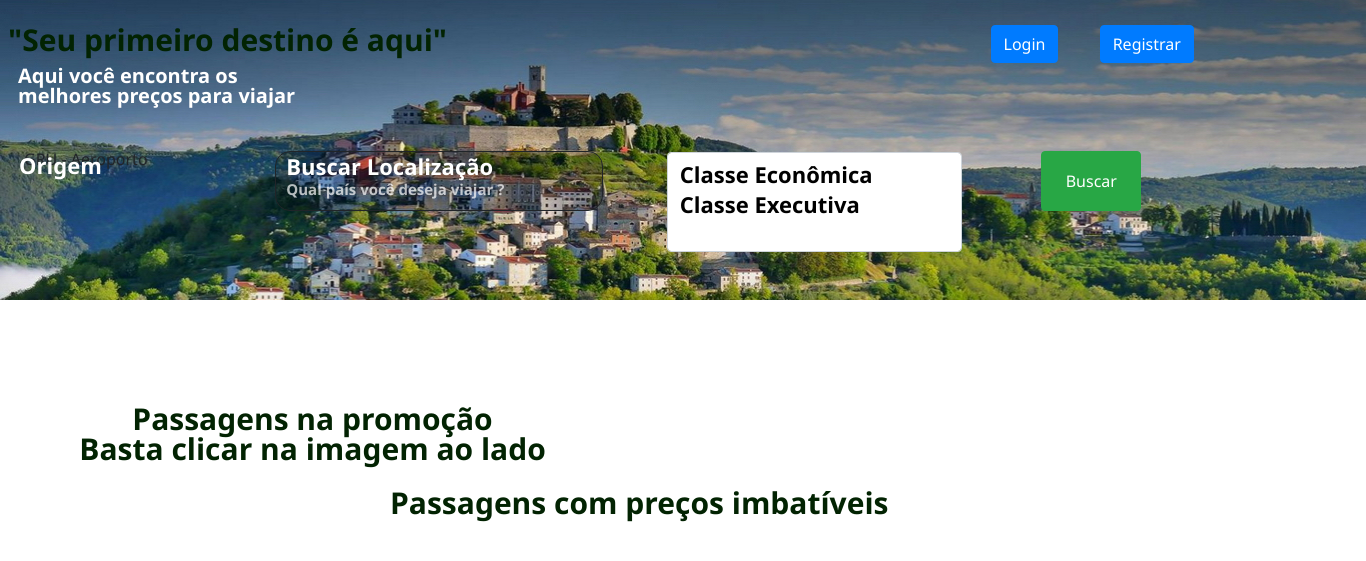
Repository: VictorFlay/Aplicacao-WEB
Page: http://localhost/ProjetoWeb/
The author's editor kept a copy of each file at every save. The page is drawn from the files as they stood at one save, then again after the next save.
The browser window is 1280 px wide. The page is 1366 px wide, so the pictures cover 1366 px, including what lies to the right of the window. The pictures show the whole page.
After loading, the first visible `div.classe` was clicked once.
Some web libraries are served in a nearby version. The page is served by Tomcat 9. Other server files are loaded and not shown. Queries for data that is not in the repository find no rows.

Above is the page before, as saved 2021-07-17 16:04:03.

### ProjetoWeb/WebContent/index.jsp
<%@page import="model.Usuario"%>
<%@page import="model.Localizacao"%>
<%@page import="model.Passagem"%>
<%@page import="model.LinhaAerea"%>
<%@page import="model.LinhaAerea"%>

<html lang="pt">
<head>

<!-- CSS -->
<link rel="stylesheet" type="text/css" href="css/design.css">

<!-- JQUEY e AJAX -->
<script src="https://cdnjs.cloudflare.com/ajax/libs/popper.js/1.12.9/umd/popper.min.js"></script>
<script src="https://code.jquery.com/jquery-3.2.1.slim.min.js"></script>
<script src="https://code.jquery.com/jquery-3.3.1.min.js"></script>

<!-- Bootstrap CSS -->
<script src="https://maxcdn.bootstrapcdn.com/bootstrap/4.0.0/js/bootstrap.min.js"></script>
<meta name="viewport" content="width=device-width, initial-scale=1, shrink-to-fit=no">
<link rel="stylesheet" href="https://maxcdn.bootstrapcdn.com/bootstrap/4.0.0/css/bootstrap.min.css">

<title>Agência</title>
<%
	String carousel = new Passagem().CarouselPromocao();
	String carouselcards = new Passagem().CarouselCards();
	String nome = (String) session.getAttribute("nome");
	String localizacao = new Localizacao().localizacoes();
	String nivelusuario = (String) session.getAttribute("nivelusuario");
	int converte = new Usuario().convert(nivelusuario);
%>
</head>
<body>

	<div class="container-fluid px-0">

		<!-- Imagem de fundo -->
		<div class="row">
			<div class="col-12 col-lg-12 center">
				<img src="img/menu.jpg" class="img-responsive"
					alt="Responsive image" id="imagem">
			</div>
		</div>

		<div class="row">
			<div class="col-8 col-lg-9 justify-content-between mt-4 ml-2"
				id="mensagem">"Seu primeiro destino é aqui"</div>

			<!-- Apenas o contéudo que o vistante tem acesso -->
			<%
				if (converte == 0) {
			%>
			<div class="col-1 col-lg-1 mt-4">
				<button type="button" class="btn btn-primary" data-toggle="modal"
					data-target="#login" data-whatever="@mdo">Login</button>
				<div class="modal fade" id="login" tabindex="-1" role="dialog"
					aria-labelledby="exampleModalLabel" aria-hidden="true">
					<div class="modal-dialog" role="document">
						<div class="modal-content">
							<div class="modal-header">
								<h5 class="modal-title" id="exampleModalLabel">Login</h5>
								<button type="button" class="close" data-dismiss="modal"
									aria-label="Close">
									<span aria-hidden="true">&times;</span>
								</button>
							</div>
							<div class="modal-body">
								<form method="POST" id="login-form">
									<div class="form-group">

										<!-- Exibe uma mensagem de erro na hora de logar  -->
										<div class="alert alert-danger center" role="alert"
											id="errologin"></div>
										<label for="login" class="col-form-label">Login:</label> <input
											type="text" class="form-control" id="username"
											name="username">
									</div>

									<div class="form-group">
										<label for="senha" class="col-form-label">Senha:</label> <input
											type="password" class="form-control" id="senha" name="senha">
									</div>

									<div class="modal-footer">
										<button type="button" class="btn btn-secondary"
											data-dismiss="modal">Fechar</button>
										<button type="submit" class="btn btn-primary">Entrar</button>
									</div>
								</form>
							</div>
						</div>
					</div>
				</div>
			</div>

			<!-- Registrar no sistema -->
			<div class="col-1 col-lg-1 mt-4">
				<button type="button" class="btn btn-primary" data-toggle="modal"
					data-target="#registrar" data-whatever="@mdo">Registrar</button>

				<div class="modal fade" id="registrar" tabindex="-1" role="dialog"
					aria-labelledby="exampleModalLabel" aria-hidden="true">
					<div class="modal-dialog" role="document">
						<div class="modal-content">
							<div class="modal-header">
								<h5 class="modal-title" id="exampleModalLabel">Registrar</h5>
								<button type="button" class="close" data-dismiss="modal"
									aria-label="Close">
									<span aria-hidden="true">&times;</span>
								</button>
							</div>
							<div class="modal-body">
								<form method="POST" id="register-form">
									<div class="alert alert-danger center" role="alert" id="erro">
										Nome ou Login já cadastrado!</div>
									<div class="form-group">
										<label for="nome" class="col-form-label">Nome
											Completo:</label> <input type="text" class="form-control" id="nome" name="nome" placeholder="Nome completo">
									</div>

									<div class="form-group">
										<label for="login" class="col-form-label">Login:</label>
										<input type="text" class="form-control" id="cxlogin" name="cxlogin" placeholder="Login">
									</div>

									<div class="form-group">
										<label for="senha" class="col-form-label">Senha:</label> <input
											type="password" class="form-control" id="cxsenha" name="cxsenha" placeholder="Senha">
									</div>

									<div class="form-row">
										<div class="form-group col-md-6">
											<label for="telefone" class="col-form-label">Telefone:</label>
											<input type="text" class="form-control" id="telefone" placeholder="Digite seu telefone..." name="telefone">
										</div>

										<div class="form-group col-md-3 ml-4">
											<label for="estado" class="col-form-label">Estado</label> <select
												id="estado" class="form-control">
												<option value="AC" selected>AC</option>
												<option value="AL">AL</option>
												<option value="AP">AP</option>
												<option value="AM">AM</option>
												<option value="BA">BA</option>
												<option value="CE">CE</option>
												<option value="ES">ES</option>
												<option value="GO">GO</option>
												<option value="MA">MA</option>
												<option value="MT">MT</option>
												<option value="MS">MS</option>
												<option value="MG">MG</option>
												<option value="PA">PA</option>
												<option value="PB">PB</option>
												<option value="PR">PR</option>
												<option value="PE">PE</option>
												<option value="PI">PI</option>
												<option value="RJ">RJ</option>
												<option value="RN">RN</option>
												<option value="RS">RS</option>
												<option value="RO">RO</option>
												<option value="RR">RR</option>
												<option value="SC">SC</option>
												<option value="SP">SP</option>
												<option value="SE">SE</option>
												<option value="TO">TO</option>
												<option value="DF">DF</option>
											</select>
										</div>
									</div>

									<div class="modal-footer">
										<button type="button" class="btn btn-secondary"
											data-dismiss="modal">Fechar</button>
										<button type="submit" class="btn btn-primary">Entrar</button>
									</div>
								</form>
							</div>
						</div>
					</div>
				</div>
			</div>

			<!-- Nível Usuário -->
			<% }else if (converte == 1) { %>

			<!-- Menu do usuário -->
			<div class="col-1 col-lg-1 mt-4 ml-4">
				<div class="dropdown">
					<a class="btn btn-secondary dropdown-toggle" href="#" role="button"
						id="dropdownMenuLink" data-toggle="dropdown" aria-haspopup="true"
						aria-expanded="false"> Perfil </a>
					<div class="dropdown-menu" aria-labelledby="dropdownMenuLink">
						<a class="dropdown-item" href="historico.jsp">Histórico</a>
					</div>

				</div>
			</div>

			<!-- Deslogar -->
			<div class="col-1 col-lg-1 mt-4 ml-4">
				<a href="deslogar.jsp?pag=1">
					<button type="button" class="btn btn-primary">Deslogar</button>
				</a>
			</div>
		</div>

		<!-- Nível ADM -->
		<% } else { %>

		<!-- Menu do administrador -->
		<div class="col-1 col-lg-1 mt-4 ml-2">
			<div class="dropdown">
				<a class="btn btn-secondary dropdown-toggle" href="#" role="button"
					id="dropdownMenuLink" data-toggle="dropdown" aria-haspopup="true"
					aria-expanded="false"> ADM </a>

				<div class="dropdown-menu" aria-labelledby="dropdownMenuLink">
					<a class="dropdown-item" href="adicionarlocalizacao.jsp">Localização</a>
					<a class="dropdown-item" href="adicionarpassagem.jsp">Passagem</a>
					<a class="dropdown-item" href="adicionarlinha.jsp">Companhia Aérea</a>
					<a class="dropdown-item" href="usuariomenu.jsp">Usuário</a>
				</div>
			</div>
		</div>

		<!-- Deslogar do sistema -->
		<div class="col-1 col-lg-1 mt-4 ml-4">
			<a href="deslogar.jsp?pag=1">
				<button type="button" class="btn btn-primary">Deslogar</button>
			</a>
		</div>

	<%}%>

	</div>

	<div class="row">
		<div class="col-12 col-lg-3 ml-2" id="mensagem2">
			Aqui você encontra os melhores preços para viajar
		</div>
	</div>

	<form method="POST" id="buscar-form">
		<div class="row mt-4">
			<div class="col-2 col-lg-2 aeroporto mt-4 ml-4">
				<div class="jss30">
					<p>Origem</p>
				</div>
				<div class="jss35">GRU - Aeroporto</div>
			</div>

			<div class="col-3 col-lg-3 buscarlocalizacao mt-4 ml-5">
				<%
					out.print(localizacao);
				%>
				<div class="jss30">
					<p>Buscar Localização</p>
				</div>
				<div class="jss31">Qual país você deseja viajar ?</div>
			</div>

			<div class="col-3 col-lg-3 classe mt-4 ml-5">
				<select multiple class="form-control buscarclasse">
					<option value="1" class="jss32">Classe Econômica</option>
					<option value="2" class="jss32">Classe Executiva</option>
				</select>

				<div class="jss30">
					<p>Seleciona a classe</p>
				</div>
				<div class="jss33">
					Qual classe você deseja viajar ?
				</div>

			</div>

			<div class="col-1 col-lg-1 mt-4 ml-5">
				<button type="submit" class="btn btn-success buscarlinha">Buscar</button>
			</div>

		</div>
	</form>

	<!-- Mensagem de erro na tela na hora de efetuar uma busca -->
	<div class="row justify-content-center mt-5" id="errobuscalinha">
		<div class="col-3 text-center" id="errobusca"></div>
	</div>


	<div class="row mt-5">
		<div class="col-6 col-lg-6 jss37 mt-5" id="titulo">
			<div class="row justify-content-center mt-5" id="mensagem">
				Passagens na promoção
			</div>

			<div class="row justify-content-center" id="mensagem">Basta
				clicar na imagem ao lado
			</div>
		</div>

		<div class="col-6 col-lg-5 mt-5">
			<%
				out.print(carousel);
			%>
		</div>

	</div>

	<div class="row">
		<div class="col-12 col-lg-12 ">
			<div class="mx-auto msg mt-4" style="width: 500px;">Passagens
				com preços imbatíveis</div>
		</div>
	</div>


	<div class="row mt-4">
		<div class="col-sm-12">
			<% out.print(carouselcards); %>
		</div>
	</div>

	<script type="text/javascript" src="js/script.js"></script>

</body>
</html>

### ProjetoWeb/src/database/DBConnection.java
package database;


import java.lang.reflect.InvocationTargetException;
import java.sql.Connection;
import java.sql.DriverManager;
import java.sql.SQLException;

public class DBConnection {

	private String host;
	private String port;
	private String schema;
	private String user;
	private String password;

	private Connection connection = null;

	public DBConnection(String host, String port, String schema, String user, String password) {
		this.setHost(host);
		this.setPort(port);
		this.setSchema(schema);
		this.setUser(user);
		this.setPassword(password);
		this.doConnection();
	}

	public DBConnection() {
		this.setHost	("localhost");
		this.setPort	("3306");
		this.setSchema	("agencia");
		this.setUser	("root");
		this.setPassword("");
		this.doConnection();
	}

	private void doConnection() {
		String timezone = "&useTimezone=true&serverTimezone=UTC";// use o &useTimezone=true&serverTimezone=UTC para não ter problemas de data;
		String url = "jdbc:mysql://"+this.host+":"+port+"/"+this.schema+"?user="+this.user+"&password="+this.password+timezone;
		try {
			// Class.forName("com.mysql.jdbc.Driver").newInstance();
			// A linha acima foi depreciada após o mysql 8.0
			// A partir do mysql-connector-java-8.0.17.jar utilize as duas linhas abaixo
			Class.forName("com.mysql.cj.jdbc.Driver").getConstructor().newInstance();
			DriverManager.registerDriver(new com.mysql.cj.jdbc.Driver());
			this.connection = DriverManager.getConnection(url);
		} catch (InstantiationException e){
			e.printStackTrace();
		} catch (IllegalAccessException e){
			e.printStackTrace();
		} catch (ClassNotFoundException e) {
			e.printStackTrace();
		} catch (SQLException e) {
			e.printStackTrace();
		}catch (IllegalArgumentException e) {
			e.printStackTrace();
		} catch (InvocationTargetException e) {
			e.printStackTrace();
		} catch (NoSuchMethodException e) {
			e.printStackTrace();
		} catch (SecurityException e) {
			e.printStackTrace();
		}
	}

	public String getHost() {
		return host;
	}

	public void setHost(String host) {
		this.host = ( host.isEmpty() ? "localhost" : host ) ;
	}

	public String getPort() {
		return port;
	}

	public void setPort(String port) {
		this.port = ( port.isEmpty() ? "3306" : port ) ;
	}

	public String getSchema() {
		return schema;
	}

	public void setSchema(String schema) {
		this.schema = schema;
	}

	public String getUser() {
		return user;
	}

	public void setUser(String user) {
		this.user = user;
	}

	public String getPassword() {
		return password;
	}

	public void setPassword(String password) {
		this.password = password;
	}

	public Connection getConnection() {
		return (this.connection);
	}

}

### ProjetoWeb/WebContent/css/design.css
.form-group {
    margin-right: -10px;
}

#barra{
    width: 200px;
    height: 50px;
    border: 1px solid;
    border-radius: 15px;
    position: absolute;
    z-index: 0;
    background-color: white;
    opacity: 0.19;
    font-weight: bold;
    top: 0px;
}

#errologin{
	display:none;
}

.buscarloca{
	position: relative;
	widht: 100%;
	align-items: stretch;
    height: 200px;
    border: 1px solid;
    border-radius: 15px;
    z-index: 1;
    background-color: white;
    font-weight: bold;
    top: 0px;
   	visibility: hidden;
}

.buscarclasse{
	position: relative;
	widht: 100%;
	align-items: stretch;
    height: 100px;
    border: 1px solid;
    border-radius: 15px;
    z-index: 1;
    background-color: white;
    font-weight: bold;
    top: 0px;
   	visibility: hidden;
}

.classe{
    width: 300px;
    height: 60px;
    border: 1px solid;
    border-radius: 15px;
    z-index: 0;
    background-color: white;
    background: rgba(0, 0, 0, 0.19);
    font-weight: bold;
    top: 0px;
}

#erro{
	display:none;
	}


#origem{
    width: 200px;
    height: 50px;
    border: 1px solid;
    border-radius: 15px;
    z-index: 0;
    background-color: white;
    background: rgba(0, 0, 0, 0.19);
    font-weight: bold;
    top: 0px;

}

.buscarlocalizacao{

	display: flex;
    width: 300px;
    height: 60px;
    border: 1px solid;
    border-radius: 15px;
    z-index: 0;
    background-color: white;
    background: rgba(0, 0, 0, 0.19);
    font-weight: bold;
    top: 0px;


}


.buscarlinha{
	width: 100px;
    height: 60px;
    border: 1px solid;
    border-radius: 15px;
    z-index: 0;
    background-color: white;
    background: rgba(0, 0, 0, 0.19);
    font-weight: bold;
    top: 0px;
}


#destino{
    width: 200px;
    height: 50px;
    border: 1px solid;
    border-radius: 15px;
    z-index: 0;
    background-color: white;
    background: rgba(0, 0, 0, 0.19);
    font-weight: bold;
    top: 0px;

}

#calendario{
    width: 200px;
    height: 50px;
    border: 1px solid;
    border-radius: 15px;
    z-index: 0;
    background-color: white;
    background: rgba(0, 0, 0, 0.19);
    font-weight: bold;
    top: 0px;

}

#iconecalendario{
    top: 12px;
    position: absolute;
}

#passageiro{
    width: 250px;
    height: 50px;
    border: 1px solid;
    border-radius: 15px;
    z-index: 0;
    background-color: white;
    background: rgba(0, 0, 0, 0.19);
    font-weight: bold;
    top: 0px;
}

#mensagem{
    color: rgb(2, 35, 2);
    z-index: 3;
    font-weight: bold;
    font-size: 30px;
    white-space: nowrap;
}

#mensagem2{
    color: white;

    z-index: 3;
    font-weight: bold;
    font-size: 20px;
    left: 10px;
    top: 3px;
    display: block;
    opacity: 1;
}

#radios{
    color: white;
    font-size: 17px;
    font-weight: bold;
    white-space: nowrap;
}

#radio1{
    width: 20px;
    height: 20px;
    color: green;
}


#corpo{
    position: absolute;
    top: 325px;
}

#corpo2{
	position: relative;
	top: 580px;

}


#barrapassageiro2{
    width: 300px;
    height: 350px;
    left: 695px;
    border: 1px solid;
    border-radius: 15px;
    position: absolute;
    z-index: 0;
    background-color: white;
    top: 0px;
    font-weight: bold;
}

.quartabarra{
    cursor: pointer;
}



.barrapassageiroescondido{
    z-index: 3;
    user-select:none;
    top: 0px;
}

#perfil{

    top: 3px;
    position: absolute;
}

#txt{
    position: absolute;
    z-index: 1;
}


#aviao{
    left: 190px;
    top:5px;
    position: absolute;
    z-index: 1;
}



.origem{
    width: 500px;
    height: 50px;
    border: 1px solid;
    border-radius: 10px;
    position: absolute;
    z-index: 3;
    background-color: white;
    visibility: hidden;
    top: 0px;
}

.buscar{
    width: 120px;
    height: 50px;
    left: 975px;

    border-color: grey;
    border-radius: 10px;
    position: absolute;
    z-index: 3;
    background-color: #30503A;
    top: 0px;
}

.buscarvoo{
    color: white;
    position: absolute;

    z-index: 1;
    font-weight: bold;
    font-size: 15px;
    left: 20px;
    top: 16px;
}

* {
    margin: 0;
    padding: 0;
    border: 0;
    outline: none;
    list-style: none;
    text-decoration: none;
    font-family: segoe ui, helvetica neue, helvetica, arial, sans-serif;
    line-height: 1;
  }

  body {
    font-size: 16px;
  }




.jss1{
    color: white;
    position: absolute;
    z-index: 3;
    font-weight: bold;
    font-size: 20px;
    left: 10px;
    top: 3px;
    display: block;
    opacity: 1;
}

.jss2{
    color: white;
    position: absolute;
    z-index: 1000;
    font-size: 13px;
    left: 10px;
    top: 30px;
    opacity: 0.70;
    white-space: nowrap;
}

.jss3{
    color: white;
    position: absolute;
    z-index: 1;
    font-weight: bold;
    font-size: 20px;
    top: 3px;
}

.jss4{
    color: white;
    position: absolute;
    z-index: 1;
    font-size: 13px;
    top: 30px;
    opacity: 0.70;
}

.jss5{
    color: white;
    position: absolute;
    z-index: 1;
    font-size: 13px;
    left: 60px;
    top: 18px;
    opacity: 0.70;
}

.jss6{
    color: white;
    position: absolute;
    z-index: 1;
    font-size: 13px;
    left: 60px;
    top: 18px;
    opacity: 0.70;
}

.jss7{
    color: black;
    position: absolute;
    z-index: 1;
    font-size: 13px;
    left: 740px;
    top: 18px;

}

hr.jss8{
    border-top: 1px solid grey;
    position: absolute;
    z-index: 1;
    width: 240px;
    top: 31px;
    left: 725px;
}

hr.jss14{
    border-top: 1px solid grey;
    position: absolute;
    z-index: 1;
    width: 240px;
    top: 180px;
    left: 725px;
}

.jss9{
    color: black;
    position: absolute;
    z-index: 1;
    font-size: 11px;
    left: 710px;
    top: 60px;
    font-weight: bold;
}

.jss10{
    color: black;
    position: absolute;
    z-index: 1;
    font-size: 20px;
    left: 710px;
    top: 80px;
    font-weight: bold;
}

.jss11{
    color: black;
    position: absolute;
    z-index: 1;
    font-size: 15px;
    left: 710px;
    top: 105px;

}

.jss12{
    color: black;
    position: absolute;
    z-index: 1;
    font-size: 20px;
    left: 710px;
    top: 140px;
    font-weight: bold;
}

.jss13{
    color: black;
    position: absolute;
    z-index: 1;
    font-size: 15px;
    left: 710px;
    top: 165px;
}

.jss15{
    color: black;
    position: absolute;
    z-index: 1;
    font-size: 11px;
    left: 710px;
    top: 210px;
    font-weight: bold;
}

.jss16{
    width: 125px;
    height: 50px;
    background-color: cornflowerblue;
    position: absolute;
    left: 710px;
    top: 235px;
    border-radius: 10px;
    color: black;
    border: 1px solid;
    border-color: grey;
    -webkit-box-sizing: border-box;
    -moz-box-sizing: border-box;
    box-sizing: border-box;
    -webkit-appearance: none;
    -moz-appearance: none;
    appearance: none;
    cursor: pointer;
}



.jss17{
    width: 125px;
    height: 50px;
    position: absolute;
    left: 855px;
    top: 235px;
    border-radius: 10px;
    color: black;
    border: 1px solid;
    border-color: grey;
    -webkit-box-sizing: border-box;
    -moz-box-sizing: border-box;
    box-sizing: border-box;
    -webkit-appearance: none;
    -moz-appearance: none;
    appearance: none;
    cursor: pointer;

}

.jss18{
    color: black;
    position: absolute;
    z-index: 2;
    font-size: 12px;
    left: 722px;
    top: 253px;
    font-weight: bold;
    cursor: pointer;
    user-select:none;
}

.jss19{
    color: black;
    position: absolute;
    z-index: 2;
    font-size: 12px;
    left: 872px;
    top: 253px;
    font-weight: bold;
    cursor: pointer;
    user-select:none;
}

.jss20{
    color: grey;
    position: absolute;
    z-index: 2;
    font-size: 15px;
    left: 810px;
    top: 300px;
    font-weight: bold;

}

.jss21{
    left: 880px;
    top: 85px;
    font-weight: bold;
    position: absolute;

}

.jss22{
    left: 941px;
    top: 85px;
    font-weight: bold;
    position: absolute;
    cursor: pointer;
}

.jss23{
    left: 919px;
    top: 86px;
    position: absolute;
    font-size: 25px;
    font-weight: bold;
    font-family: arial;
    color:black;
    width: 15px;
    user-select:none;
}

.jss25{
    left: 880px;
    top: 145px;
    font-weight: bold;
    position: absolute;
}

.jss26{
    left: 941px;
    top: 145px;
    font-weight: bold;
    position: absolute;
}



.jss28{
    left: 919px;
    top: 146px;
    position: absolute;
    font-size: 25px;
    font-weight: bold;
    font-family: arial;
    color:black;
    width: 15px;
    user-select:none;
}

.jss29{
    color: white;
    font-size: 17px;
    font-weight: bold;
    white-space: nowrap;
}


.jss30{
    color: white;
    position: absolute;
    z-index: 3;
    font-weight: bold;
    font-size: 22px;
    left: 10px;
    top: 3px;
    display: block;
    opacity: 1;
    white-space: nowrap;
}

.jss31{
    color: white;
    position: absolute;
    z-index: 1000;
    font-size: 15px;
    left: 10px;
    top: 30px;
    opacity: 0.70;
    white-space: nowrap;
}

.jss32{
	color: black;
    z-index: 0;
    font-weight: bold;
    font-size: 22px;
    opacity: 1;
    white-space: nowrap;
}

.jss33{
    color: white;
    position: absolute;
    z-index: 1000;
    font-size: 15px;
    left: 10px;
    top: 30px;
    opacity: 0.70;
    white-space: nowrap;
}

#aumentardiminuir{
    top: 600px;

    width: 10px;
    height: 10px;
    position: absolute;
    left: 100px;
}

#testar{
	position: absolute;
}

.corpo{
	width: 1366px;
	height: 900px;
	border: 1px solid;
	position: relative;
	top: 300px;
}


.container{
    margin: 0 auto;
}

#logo{
    width: 100%;
}






.msg{
    color: rgb(2, 35, 2);
    z-index: 3;
    font-weight: bold;
    font-size: 30px;
}


#imagem{
    position: absolute;
    width: 1366px;
}

#aviaofundo{
	position: absolute;
	height: 350px;
	widht: 100%;
}

#aviaopequeno{
	width: 50px;
	height: 50px;
}

.card-img-top {
    width: 100%;
    height: 15vw;
    object-fit: cover;
}

@media only screen and (max-width: 1366px) and (min-width: 769px){
	.dr{
	left: 140px;
	}
}

@media only screen and (max-width: 991px) and (min-width: 540px){
	.dr{
	left: 90px;
	}

	#aviaofundo{
		position: absolute;
		height: 350px;
		width: 100%;
	}
}

#card{
	border-radius: 13px;
	border-color: grey;
	widht: 18rem;
}

Loaded but not shown: ProjetoWeb/WebContent/js/script.js (268 lines, source omitted); ProjetoWeb/src/model/Passagem.java (306 lines, source omitted); ProjetoWeb/src/model/Localizacao.java (212 lines, source omitted); ProjetoWeb/src/model/Usuario.java (259 lines, source omitted)

After the next save:
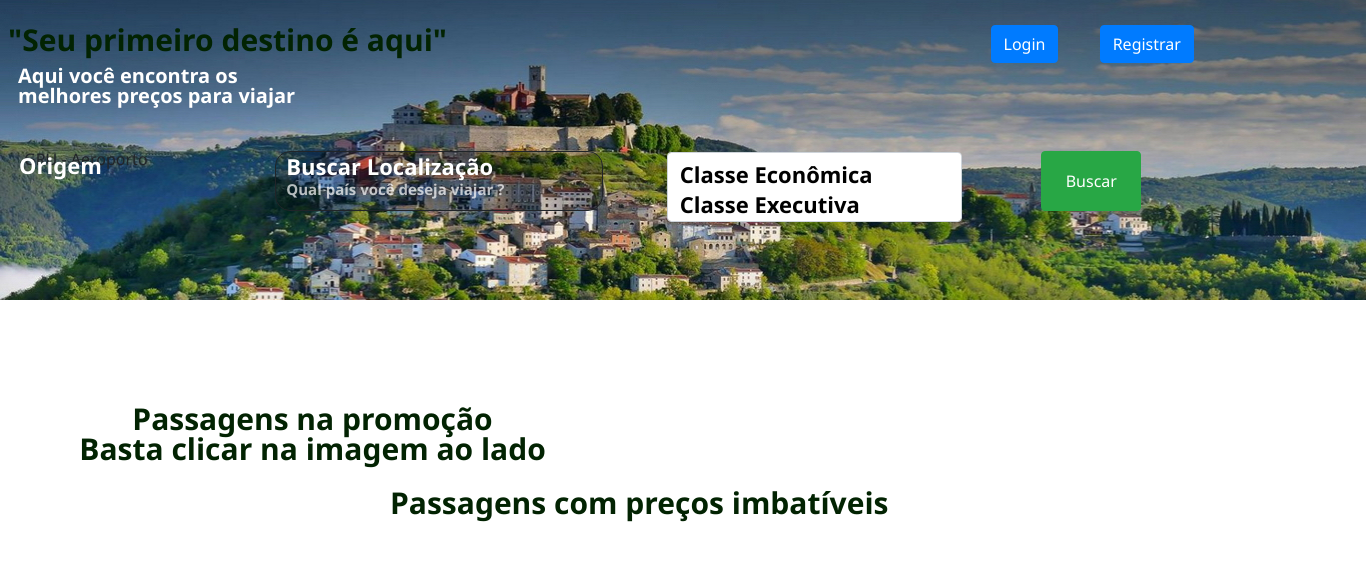
Saved 16 s later.
--- a/ProjetoWeb/WebContent/css/design.css
+++ b/ProjetoWeb/WebContent/css/design.css
@@ -37,7 +37,7 @@
 	position: relative;
 	widht: 100%;
 	align-items: stretch;
-    height: 100px;
+    height: 70px;
     border: 1px solid;
     border-radius: 15px;
     z-index: 1;
